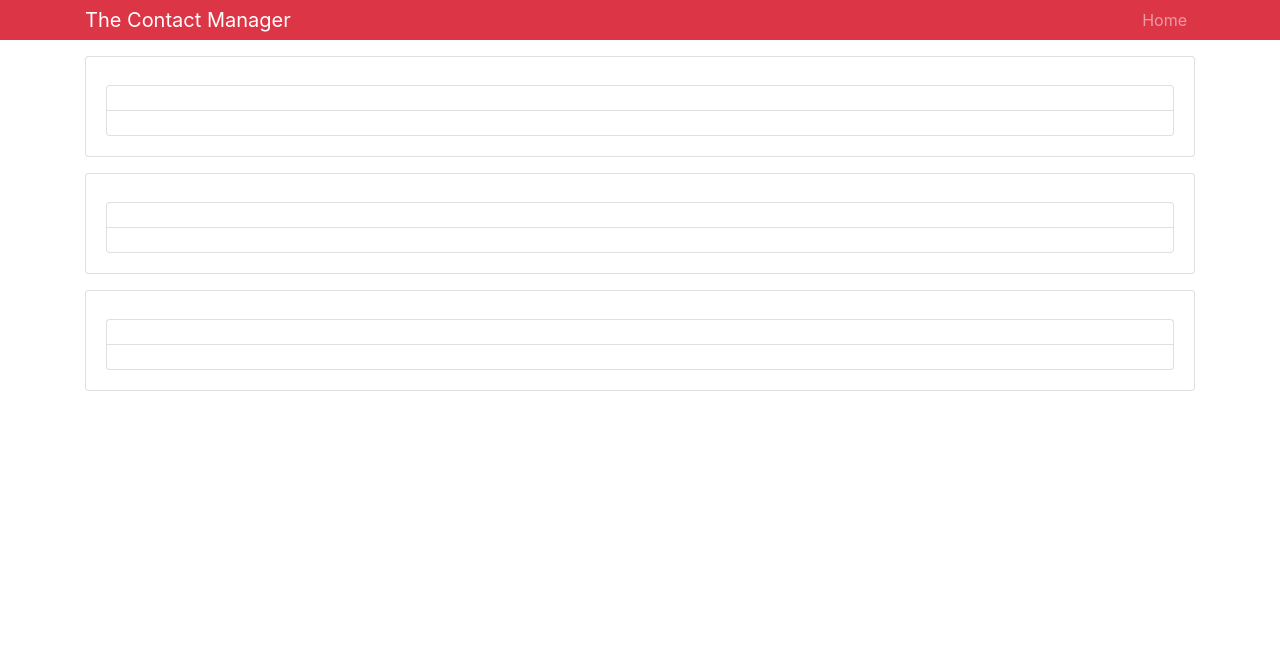
Repository: MikeTroianello/Contact-Manager
Page: /
These files come from the project's save history. The page is drawn as it stood at one moment and after the next save; the edit follows.
The browser window is 1280 px wide. The pictures show the whole page.
The project was rebuilt for these pictures with package versions that can differ from the ones it lists, and the page was loaded fresh each time. Also part of the build but not shown: src/App.css.

Above is the page before, as saved 2019-05-19 11:01:21.

After the next save:
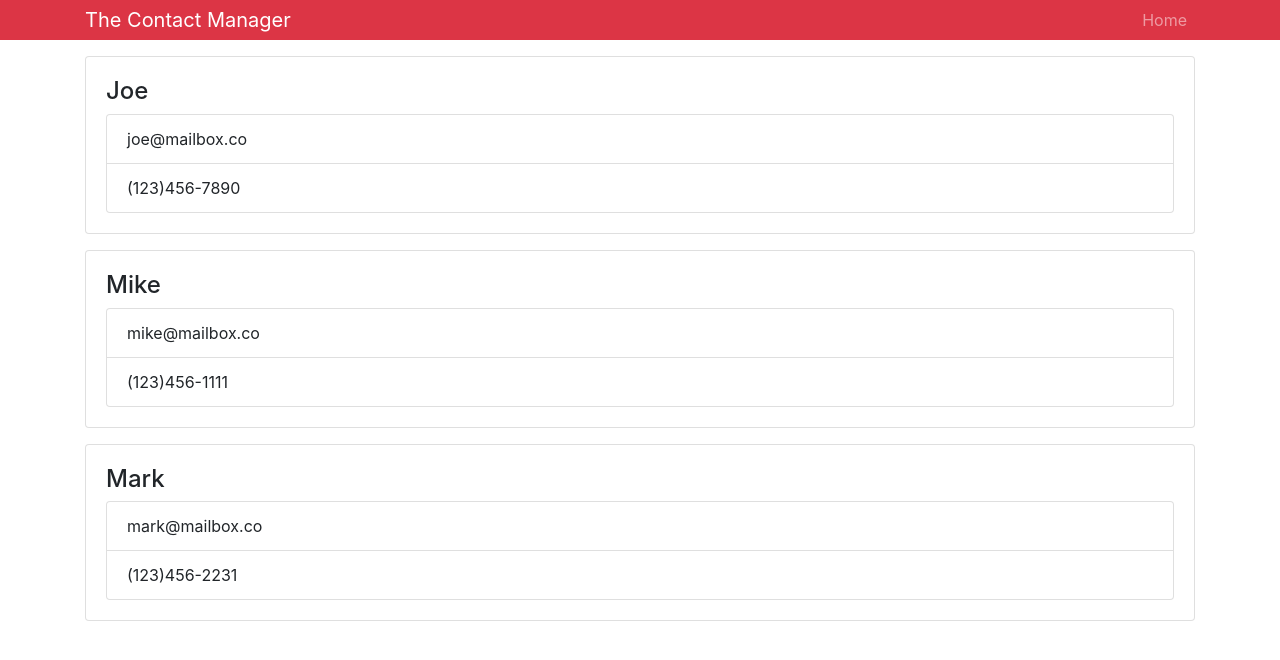
Saved 3 min 5 s later.
--- a/src/components/Contacts.js
+++ b/src/components/Contacts.js
@@ -34,7 +34,11 @@
     return (
       <div>
         {contacts.map(contact => (
-          <Contact />
+          <Contact
+            name={contact.name}
+            email={contact.email}
+            phone={contact.phone}
+          />
         ))}
       </div>
     );

After the 3 saves that followed:
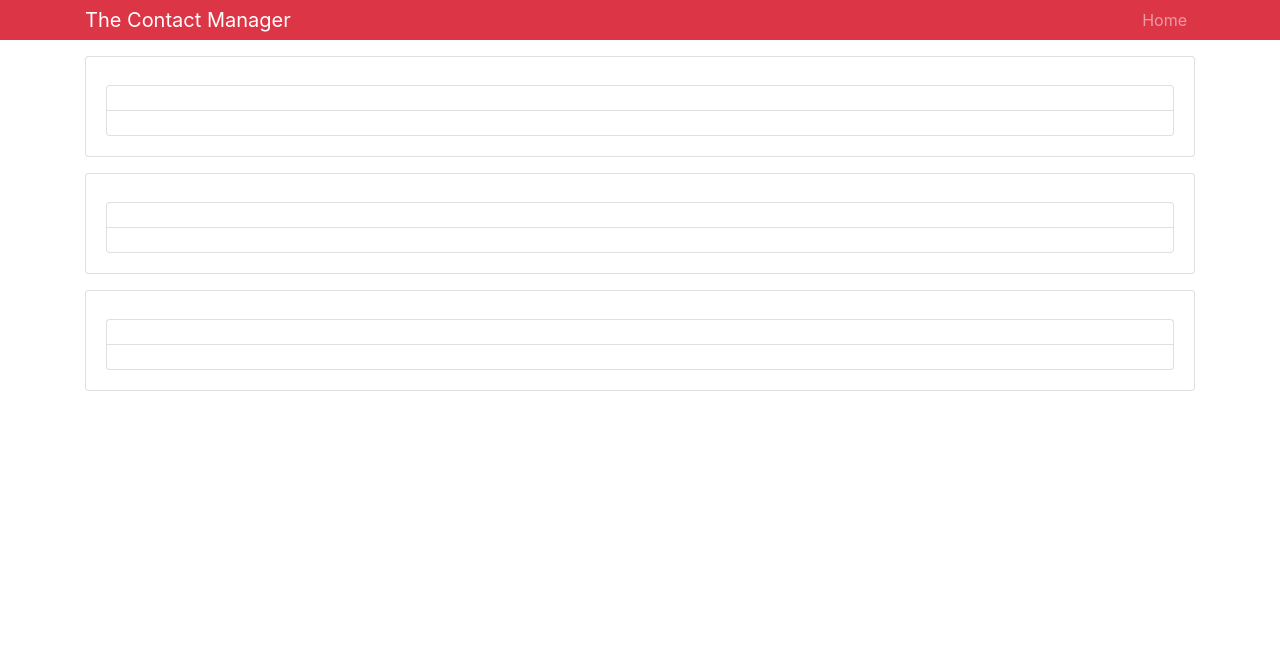
The 3 saves are shown as one change because 2 left the picture as it was.
The last was saved 12 min 3 s later.
--- a/src/components/Contacts.js
+++ b/src/components/Contacts.js
@@ -2,31 +2,28 @@
 import Contact from "./Contact";
 
 class Contacts extends Component {
-  constructor() {
-    super();
-    this.state = {
-      contacts: [
-        {
-          id: 1,
-          name: "Joe",
-          email: "joe@mailbox.co",
-          phone: "(123)456-7890"
-        },
-        {
-          id: 2,
-          name: "Mike",
-          email: "mike@mailbox.co",
-          phone: "(123)456-1111"
-        },
-        {
-          id: 3,
-          name: "Mark",
-          email: "mark@mailbox.co",
-          phone: "(123)456-2231"
-        }
-      ]
-    };
-  }
+  state = {
+    contacts: [
+      {
+        id: 1,
+        name: "Joe",
+        email: "joe@mailbox.co",
+        phone: "(123)456-7890"
+      },
+      {
+        id: 2,
+        name: "Mike",
+        email: "mike@mailbox.co",
+        phone: "(123)456-1111"
+      },
+      {
+        id: 3,
+        name: "Mark",
+        email: "mark@mailbox.co",
+        phone: "(123)456-2231"
+      }
+    ]
+  };
 
   render() {
     const { contacts } = this.state;
@@ -34,11 +31,7 @@
     return (
       <div>
         {contacts.map(contact => (
-          <Contact
-            name={contact.name}
-            email={contact.email}
-            phone={contact.phone}
-          />
+          <Contact key={contact.id} contact={contact} />
         ))}
       </div>
     );
